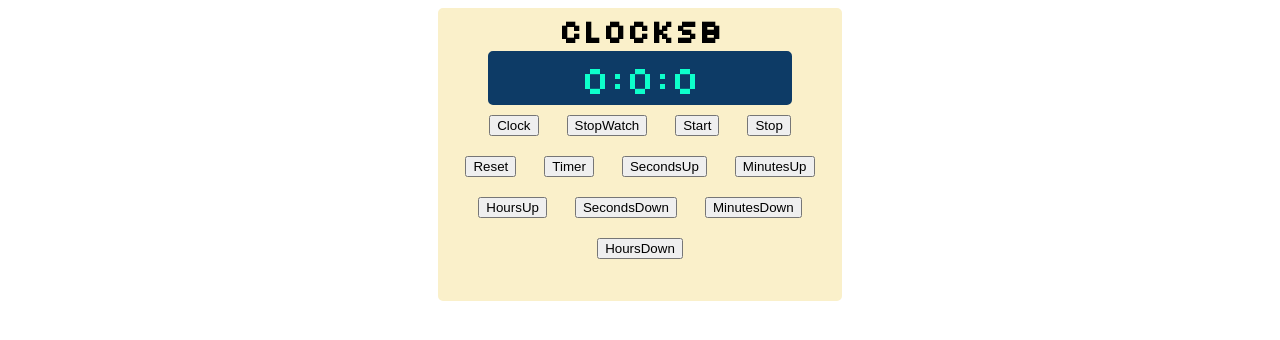
Repository: ourshadetree/clockSB
Page: index.html
The author's editor kept a copy of each file at every save. The page is drawn from the files as they stood at one save, then again after the next save.
The browser window is 1280 px wide. The pictures show the whole page.

Above is the page before, as saved 2025-12-06 12:29:18.

### index.html
<!DOCTYPE html>
<html lang="en">
<head>
    <meta charset="UTF-8">
    <meta name="viewport" content="width=device-width, initial-scale=1.0">
    <title>clockSB</title>
    <link href="style.css" rel="stylesheet"/>
    <script src="index.js"></script>
</head>
<body>
    <div id="outer-shell">
        <h1 id="title">ClockSB</h1>

        <div id="screen">
            <span id="clockScreen">Clock stuff</span>

        </div>
        <button onClick="loadClock()">Clock</button>
        <button onClick="loadSW()">StopWatch</button>
        <button onClick="start()">Start</button>
        <button onClick="end()">Stop</button>
        <button onClick="loadSW()">Reset</button>
        <button onClick="loadTimer()">Timer</button>
        <button data-unit="seconds" data-direction="up">SecondsUp</button>
        <button data-unit="minutes" data-direction="up">MinutesUp</button>
        <button data-unit="hours" data-direction="up">HoursUp</button>
        <button data-unit="seconds" data-direction="down">SecondsDown</button>
        <button data-unit="minutes" data-direction="down">MinutesDown</button>
        <button data-unit="hours" data-direction="down">HoursDown</button>
    </div>
</body>
</html>

### style.css
@font-face {
    font-family: 'Silkscreen';
    src: url('./fonts/Silkscreen-Regular.ttf') format('truetype');
    font-weight: normal;
    font-style: normal;
}

body {
    font-family: 'Silkscreen', sans-serif;
    text-align: center;
}

#clockScreen {
    color: aquamarine;
    mix-blend-mode: hard-light;
    font-size: 40px;
}

#title {
    margin: 0;
}

button {
    margin: 10px;
}

#outer-shell {
    margin: auto;
    border: 2px solid #FAF0CA;
    border-radius: 5px;
    background-color: #FAF0CA;
    padding-bottom: 30px;
    width: 400px;
}

#screen {
    margin: auto;
    border: 2px solid #0D3B66;
    border-radius: 5px;
    background-color: #0D3B66;

    width: 300px;
    height: 50px;
}

### index.js
var checkT = new Date();
var time;
var amPm = "AM";
var seconds;
var minutes;
var hours;
const timer = {
    hours: 0,
    minutes: 0,
    seconds: 0
}

window.onload = function() {
    loadClock();
}

function clearAllIntervals() {
    for(let i = 1; i < 99999; i++) {
        window.clearInterval(i);
    }
}

function loadClock() {
    getTime();
    clearAllIntervals();
    setInterval(getTime, 1000);
}

function updateScreen() {
    if(hours > 12) {
        amPm = "PM";
        console.log(hours);
    } else {
        amPm = "AM";
    }

    if(hours > 12) {
        hours = hours - 12;
    }

    if(minutes < 10) {
        minutes = "0" + minutes;
    }

    if(seconds < 10) {
        seconds = "0" + seconds;
    }

    let time = hours + ":" + minutes + ":" + seconds + " " + amPm;

    let timeNow = document.getElementById("clockScreen");
    timeNow.innerHTML = time;
}

function getTime() {
    var currentTime = new Date();
    minutes = currentTime.getMinutes();
    hours = currentTime.getHours();
    seconds = currentTime.getSeconds();

    updateScreen();
}

function loadSW() {
    clearAllIntervals();
    stopWatch();
}

function loadTimer() {
    clearAllIntervals();
    document.getElementById("clockScreen").innerHTML = "0" + timer.hours + ":0" + timer.minutes + ":0" + timer.seconds;
}


document.addEventListener("click", (e) => {
    const btn = e.target.closest("button[data-unit][data-direction]");
    if(!btn) return;

    const unit = btn.dataset.unit;
    const direction = btn.dataset.direction;

    if(direction === "up") {
        timer[unit]++;
    } else {
        timer[unit]--;
    }
        updateScreen();

});



function updateScreen() {
        document.getElementById("clockScreen").innerHTML = timer.hours + ":" + timer.minutes + ":" + timer.seconds;

}

function stopWatch() {
    seconds = 0;
    minutes = 0;
    hours = 0;

    document.getElementById("clockScreen").innerHTML = "00:00:00";
}

function start() {
    countUp();
    clearAllIntervals();
    setInterval(countUp, 1000);
}

function end() {
    clearAllIntervals();
}

function countUp() {
    let displayMin;
    let displaySec;
    let displayHour;

    seconds++;

    if(seconds < 10 && seconds != 0) {
        displaySec = "";
        displaySec = "0" + seconds;
    } else if(seconds == 0) {
        displaySec = "";
        displaySec = "00";
    } else {
        displaySec = "";
        displaySec = seconds;
    }
    if(minutes < 10 && minutes != 0) {
        displayMin = "";
        displayMin = "0" + minutes;
    } else if(minutes == 0) {
        displayMin = "";
        displayMin = "00";
    } else {
        displayMin = "";
        displayMin = minutes;
    }
    if(hours < 10 && hours != 0) {
        displayHour = "";
        displayHour = "0" + hours;
    } else if(hours == 0) {
        displayHour = "";
        displayHour = "00";
    } else {
        displayHour = "";
        displayHour = hours;
    }
    if(seconds == 59) {
        seconds = 0;
        minutes++;
    }
    if(minutes == 59) {
        minutes = 0;
        hours++;
    }

    document.getElementById("clockScreen").innerHTML = displayHour + ":" + displayMin + ":" + displaySec;
}

After the next save:
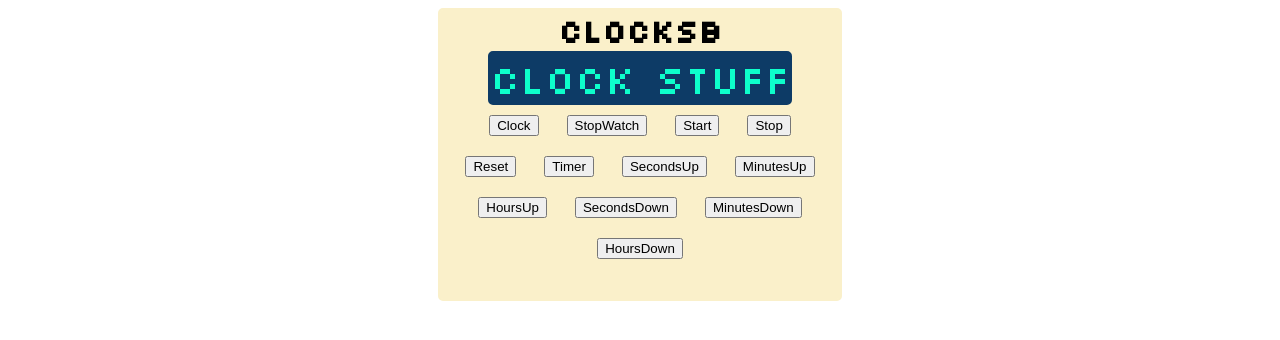
Console error: SyntaxError: Identifier 'time' has already been declared
Saved 82 s later.
--- a/index.js
+++ b/index.js
@@ -5,6 +5,11 @@ var seconds;
 var minutes;
 var hours;
 const timer = {
+    hours: 0,
+    minutes: 0,
+    seconds: 0
+}
+const time = {
     hours: 0,
     minutes: 0,
     seconds: 0

After the 2 saves that followed:
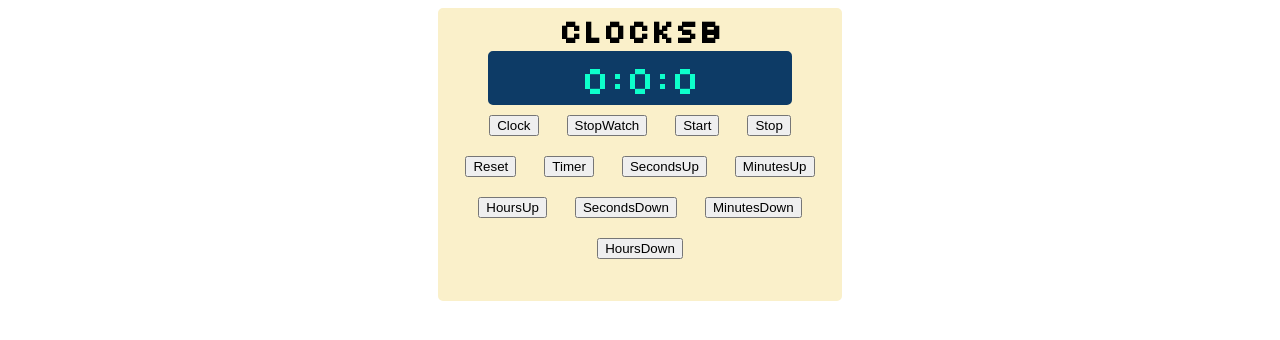
The error is gone.
The 2 saves are shown as one change because 1 left the picture as it was.
The last was saved 56 s later.
--- a/index.js
+++ b/index.js
@@ -1,5 +1,4 @@
 var checkT = new Date();
-var time;
 var amPm = "AM";
 var seconds;
 var minutes;
@@ -51,10 +50,10 @@ function updateScreen() {
         seconds = "0" + seconds;
     }
 
-    let time = hours + ":" + minutes + ":" + seconds + " " + amPm;
+    let timeNow = hours + ":" + minutes + ":" + seconds + " " + amPm;
 
-    let timeNow = document.getElementById("clockScreen");
-    timeNow.innerHTML = time;
+    let timeNowDis = document.getElementById("clockScreen");
+    timeNowDis.innerHTML = timeNow;
 }
 
 function getTime() {
